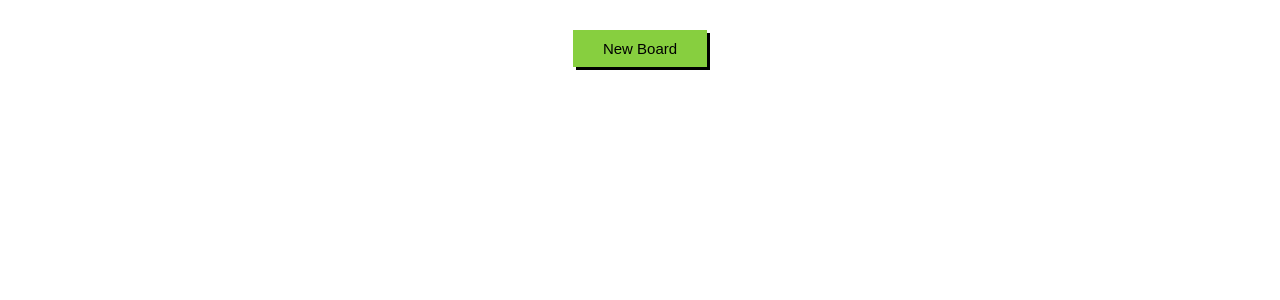
Repository: sokafootball/etch-a-sketc
Page: index.html
The author's editor kept a copy of each file at every save. The page is drawn from the files as they stood at one save, then again after the next save.
The browser window is 1280 px wide. The pictures show the whole page.

Above is the page before, as saved 2020-04-18 10:03:45.

### index.html
<html>
<head>
  <link rel="stylesheet" type="text/css" href="reset.css">
  <link rel="stylesheet" type="text/css" href="style.css">
</head>
<body>
<main id="main">
  <button id="reset-btn">New Board</button>
  <div id="grid-div"></div>
</main>
<script type="text/javascript" src="script.js"></script>
</body>
</html>

### style.css
.cell {
  background-color: black;
  display: inline-block;
}

#main{
  align-items: center;
  display:flex;
  flex-direction: column;
  margin-top: 30px;
}

#reset-btn{
  cursor: pointer;
  margin-bottom: 30px;
  padding: 10px 30px;
  font-size: 15px;
  background-color: hsla(90, 60%, 53%, 1);
  border: 0;
}

#reset-btn:focus{
  outline-width: 0;
}

.unclicked{
  box-shadow: 3px 3px;
}

.clicked{
  box-shadow: 5px 5px;
}

### script.js
const grid = document.querySelector(`#grid-div`)
const resetButton = document.querySelector(`#reset-btn`)
const GRID_PX_SIZE = 840
resetButton.addEventListener(`click`, resetBoard)
resetButton.classList.add(`unclicked`)
resetButton.addEventListener(`mousedown`, () => {
  console.log(`mouse over btn`)
  resetButton.classList.add(`clicked`)
})
resetButton.addEventListener(`mouseleave`, () => {
  console.log(`mouse left btn`)
  resetButton.classList.remove(`clicked`)
})


function createBoard(){
  let size = getSizeFromUser()
  for (let i = 1; i <= size; i++) {
    for (let j = 1; j <= size; j++) {
      createCell(size)
    }
    goToNewLine()
  }
}

function resetBoard(){
  deleteBoard()
  createBoard()
}

function deleteBoard(){
  let cells = document.querySelectorAll(`.cell`)
  cells.forEach(cell => grid.removeChild(cell))
  let breaks = document.querySelectorAll(`br`)
  breaks.forEach(br => grid.removeChild(br))
}

function getSizeFromUser() {
  let size
  do { size = prompt(`How many squares per side?`) } while (isNaN(Number(size)) || size == ``)
  return Number(size)
}

function createCell(size){
  const cell = document.createElement(`div`)
  const pixelsPerSide = GRID_PX_SIZE / size
  cell.addEventListener("mouseenter", () => cell.style.backgroundColor = `red`);
  cell.classList.add(`cell`)
  cell.style.width = pixelsPerSide
  cell.style.height = pixelsPerSide
  grid.appendChild(cell)
}

function goToNewLine(){
  const br = document.createElement(`br`)
  grid.appendChild(br)
}

Loaded but not shown: reset.css (common file)

After the next save:
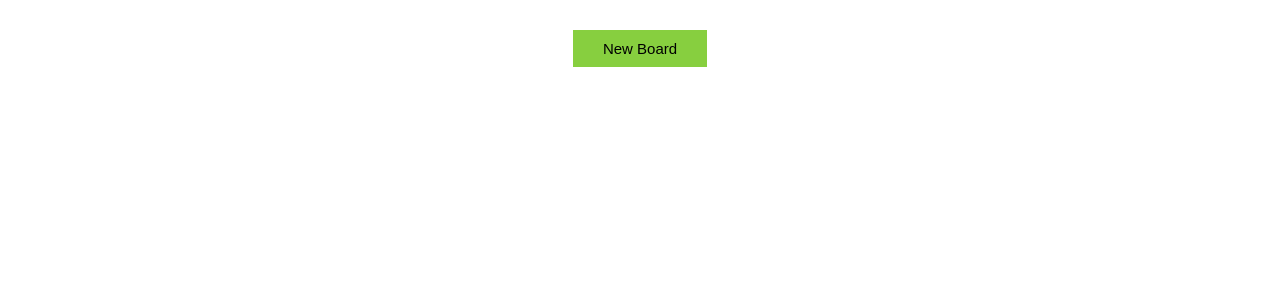
Saved 30 s later.
--- a/style.css
+++ b/style.css
@@ -23,7 +23,7 @@
   outline-width: 0;
 }
 
-.unclicked{
+.shadowed-btn{
   box-shadow: 3px 3px;
 }
 

After the save that followed:
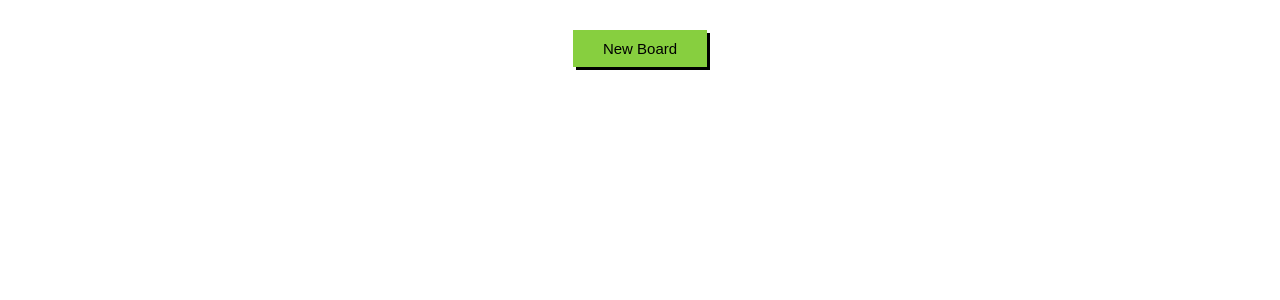
Saved 17 s later.
--- a/script.js
+++ b/script.js
@@ -2,7 +2,7 @@ const grid = document.querySelector(`#grid-div`)
 const resetButton = document.querySelector(`#reset-btn`)
 const GRID_PX_SIZE = 840
 resetButton.addEventListener(`click`, resetBoard)
-resetButton.classList.add(`unclicked`)
+resetButton.classList.add(`shadowed-btn`)
 resetButton.addEventListener(`mousedown`, () => {
   console.log(`mouse over btn`)
   resetButton.classList.add(`clicked`)
